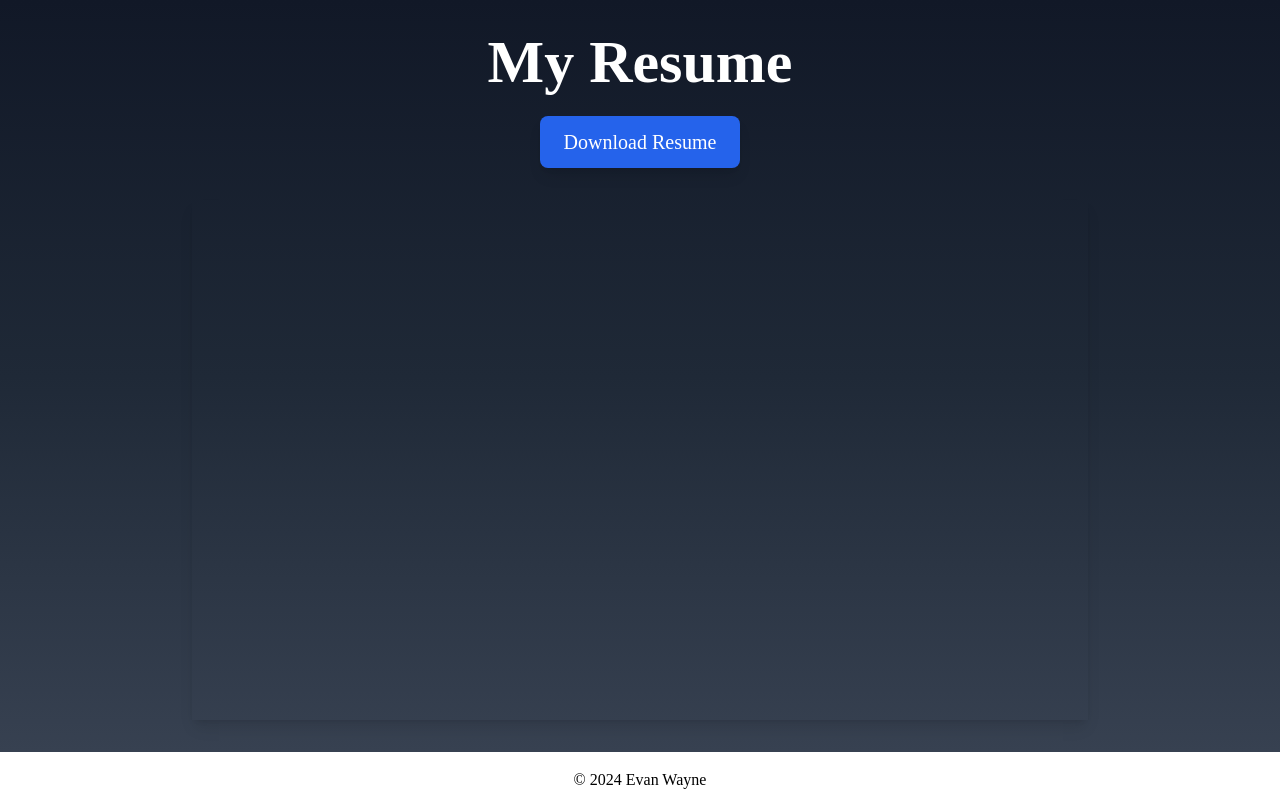
Repository: evnwyn/Evan-Wayne-s-Portfolio
Page: /resume
An editor plug-in stored every save of this project. The page is shown before and after the next save, followed by the edit.
The browser window is 1280 px wide. The pictures show the whole page.
The project was rebuilt for these pictures with package versions that can differ from the ones it lists, and the page was loaded fresh each time. The framework's server and built-in components were replaced by stand-ins that run in the browser. Also part of the build but not shown: next.config.js.

Above is the page before, as saved 2024-10-09 20:18:04.

### src/app/layout.tsx
// src/app/layout.tsx

import '~/styles/globals.css'; // Keep your global styles import
import { type Metadata } from 'next';
import { ReactNode } from 'react';

// Make sure this line is removed
// import NavBar from './NavBar';

export const metadata: Metadata = {
  title: 'Evan Wayne | Portfolio',
  description: 'This is my personal portfolio website',
  icons: [{ rel: 'icon', url: '/favicon.ico' }],
};

export default function RootLayout({ children }: { children: ReactNode }) {
  return (
    <html lang="en">
      <body className="min-h-screen flex flex-col">
        {/* Remove any reference to NavBar here */}
        <main className="flex-grow">{children}</main>
        <footer className="p-4 text-center">
          © {new Date().getFullYear()} Evan Wayne
        </footer>
      </body>
    </html>
  );
}

### src/app/resume/page.tsx
// app/resume/page.tsx

import React from 'react';

export default function Resume() {
  return (
    <div className="min-h-screen flex flex-col items-center justify-center p-8 bg-gradient-to-b from-gray-900 via-gray-800 to-gray-700">
      <h1 className="text-6xl font-bold text-white mb-6 transition-all duration-500 hover:text-gray-300">
        My Resume
      </h1>
      <a
        href="/Evan Wayne's Resume 09:10:2024.pdf" // Ensure this points to the correct resume file in the public folder
        download
        className="bg-blue-600 text-white text-xl px-6 py-3 rounded-lg shadow-lg transform hover:bg-blue-700 hover:scale-110 transition-transform duration-500 ease-out hover:shadow-xl"
      >
        Download Resume
      </a>
      <iframe
        src="/Evan Wayne's Resume 09:10:2024.pdf" // Embedding the resume for inline viewing
        className="mt-8 w-full max-w-4xl h-full border-0 shadow-lg"
        style={{ height: 'calc(100vh - 200px)' }} // Adjust height to fit full viewport minus some space for header and download button
        title="Resume PDF"
      />
    </div>
  );
}

Loaded but not shown: src/styles/globals.css (common file); tailwind.config.ts (common file)

After the next save:
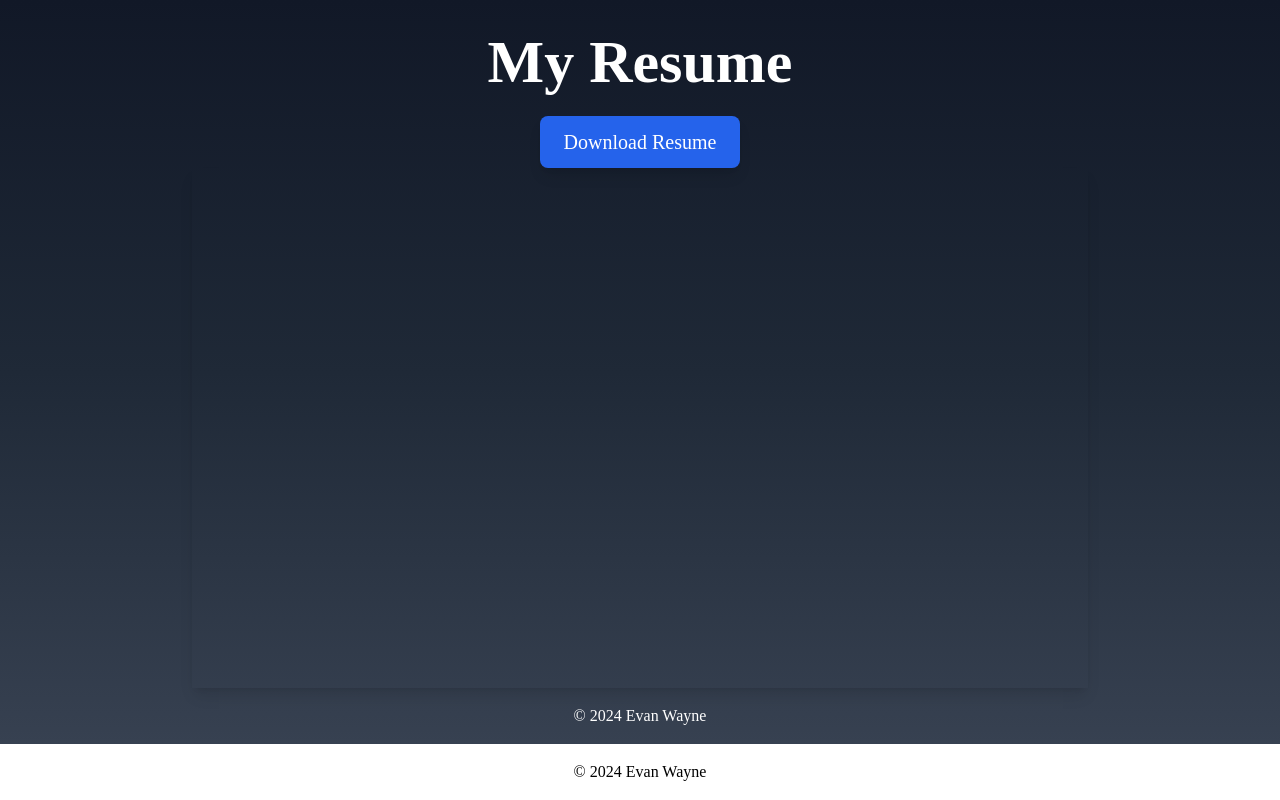
Saved 50 s later.
--- a/src/app/resume/page.tsx
+++ b/src/app/resume/page.tsx
@@ -4,23 +4,32 @@
 
 export default function Resume() {
   return (
-    <div className="min-h-screen flex flex-col items-center justify-center p-8 bg-gradient-to-b from-gray-900 via-gray-800 to-gray-700">
-      <h1 className="text-6xl font-bold text-white mb-6 transition-all duration-500 hover:text-gray-300">
-        My Resume
-      </h1>
-      <a
-        href="/Evan Wayne's Resume 09:10:2024.pdf" // Ensure this points to the correct resume file in the public folder
-        download
-        className="bg-blue-600 text-white text-xl px-6 py-3 rounded-lg shadow-lg transform hover:bg-blue-700 hover:scale-110 transition-transform duration-500 ease-out hover:shadow-xl"
-      >
-        Download Resume
-      </a>
-      <iframe
-        src="/Evan Wayne's Resume 09:10:2024.pdf" // Embedding the resume for inline viewing
-        className="mt-8 w-full max-w-4xl h-full border-0 shadow-lg"
-        style={{ height: 'calc(100vh - 200px)' }} // Adjust height to fit full viewport minus some space for header and download button
-        title="Resume PDF"
-      />
+    <div className="min-h-screen flex flex-col justify-between bg-gradient-to-b from-gray-900 via-gray-800 to-gray-700">
+      <div className="flex flex-col items-center justify-center pt-8">
+        <h1 className="text-6xl font-bold text-white transition-all duration-500 hover:text-gray-300">
+          My Resume
+        </h1>
+        <a
+          href="/Evan Wayne's Resume 09:10:2024.pdf" // Ensure this points to the correct resume file
+          download
+          className="bg-blue-600 text-white text-xl px-6 py-3 rounded-lg shadow-lg transform hover:bg-blue-700 hover:scale-110 transition-transform duration-500 ease-out hover:shadow-xl mt-6"
+        >
+          Download Resume
+        </a>
+      </div>
+
+      <div className="flex-grow flex justify-center items-center">
+        <iframe
+          src="/Evan Wayne's Resume 09:10:2024.pdf"
+          className="w-full h-full max-w-4xl border-0 shadow-lg"
+          style={{ minHeight: 'calc(100vh - 200px)' }} // Fill the remaining viewport height
+          title="Resume PDF"
+        />
+      </div>
+
+      <footer className="text-center text-white py-4">
+        © {new Date().getFullYear()} Evan Wayne
+      </footer>
     </div>
   );
 }

After the save that followed:
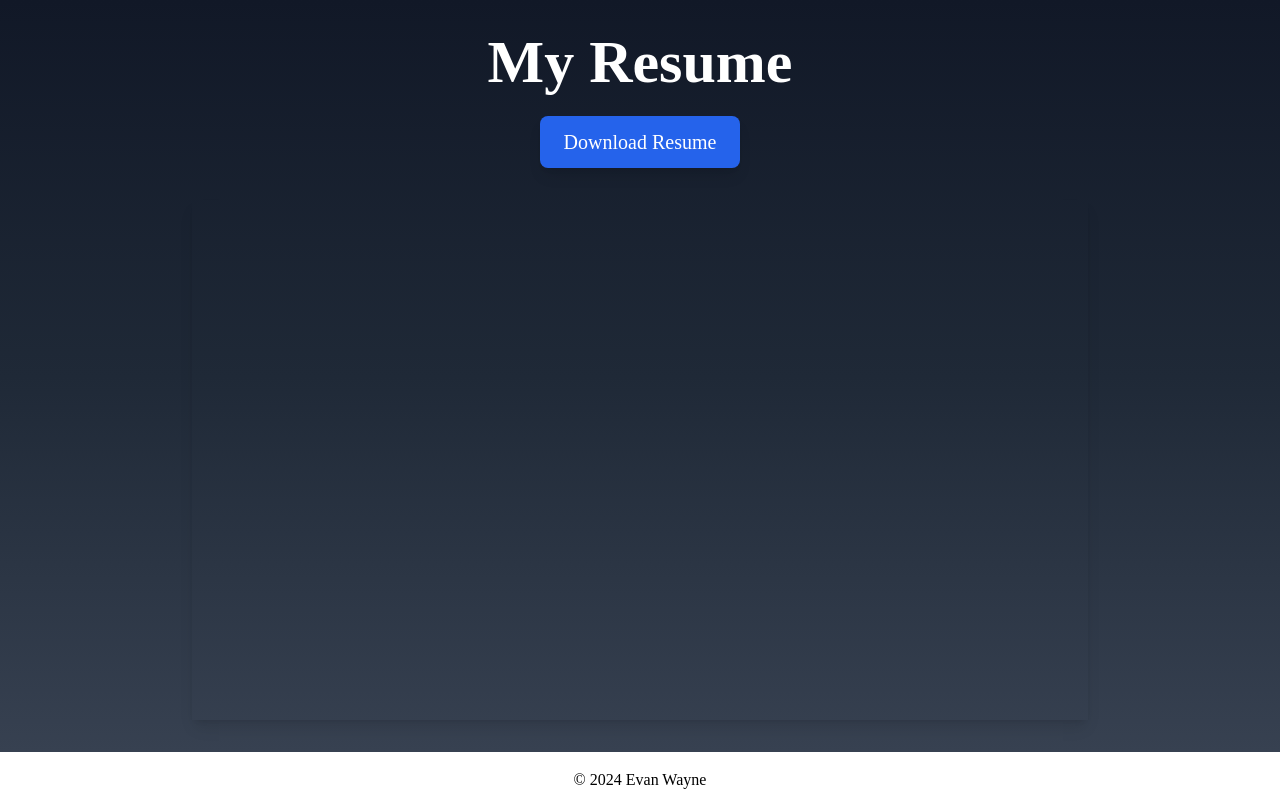
Saved 8 s later.
--- a/src/app/resume/page.tsx
+++ b/src/app/resume/page.tsx
@@ -4,32 +4,23 @@
 
 export default function Resume() {
   return (
-    <div className="min-h-screen flex flex-col justify-between bg-gradient-to-b from-gray-900 via-gray-800 to-gray-700">
-      <div className="flex flex-col items-center justify-center pt-8">
-        <h1 className="text-6xl font-bold text-white transition-all duration-500 hover:text-gray-300">
-          My Resume
-        </h1>
-        <a
-          href="/Evan Wayne's Resume 09:10:2024.pdf" // Ensure this points to the correct resume file
-          download
-          className="bg-blue-600 text-white text-xl px-6 py-3 rounded-lg shadow-lg transform hover:bg-blue-700 hover:scale-110 transition-transform duration-500 ease-out hover:shadow-xl mt-6"
-        >
-          Download Resume
-        </a>
-      </div>
-
-      <div className="flex-grow flex justify-center items-center">
-        <iframe
-          src="/Evan Wayne's Resume 09:10:2024.pdf"
-          className="w-full h-full max-w-4xl border-0 shadow-lg"
-          style={{ minHeight: 'calc(100vh - 200px)' }} // Fill the remaining viewport height
-          title="Resume PDF"
-        />
-      </div>
-
-      <footer className="text-center text-white py-4">
-        © {new Date().getFullYear()} Evan Wayne
-      </footer>
+    <div className="min-h-screen flex flex-col items-center justify-center p-8 bg-gradient-to-b from-gray-900 via-gray-800 to-gray-700">
+      <h1 className="text-6xl font-bold text-white mb-6 transition-all duration-500 hover:text-gray-300">
+        My Resume
+      </h1>
+      <a
+        href="/Evan Wayne's Resume 09:10:2024.pdf" // Ensure this points to the correct resume file in the public folder
+        download
+        className="bg-blue-600 text-white text-xl px-6 py-3 rounded-lg shadow-lg transform hover:bg-blue-700 hover:scale-110 transition-transform duration-500 ease-out hover:shadow-xl"
+      >
+        Download Resume
+      </a>
+      <iframe
+        src="/Evan Wayne's Resume 09:10:2024.pdf" // Embedding the resume for inline viewing
+        className="mt-8 w-full max-w-4xl h-full border-0 shadow-lg"
+        style={{ height: 'calc(100vh - 200px)' }} // Adjust height to fit full viewport minus some space for header and download button
+        title="Resume PDF"
+      />
     </div>
   );
 }
